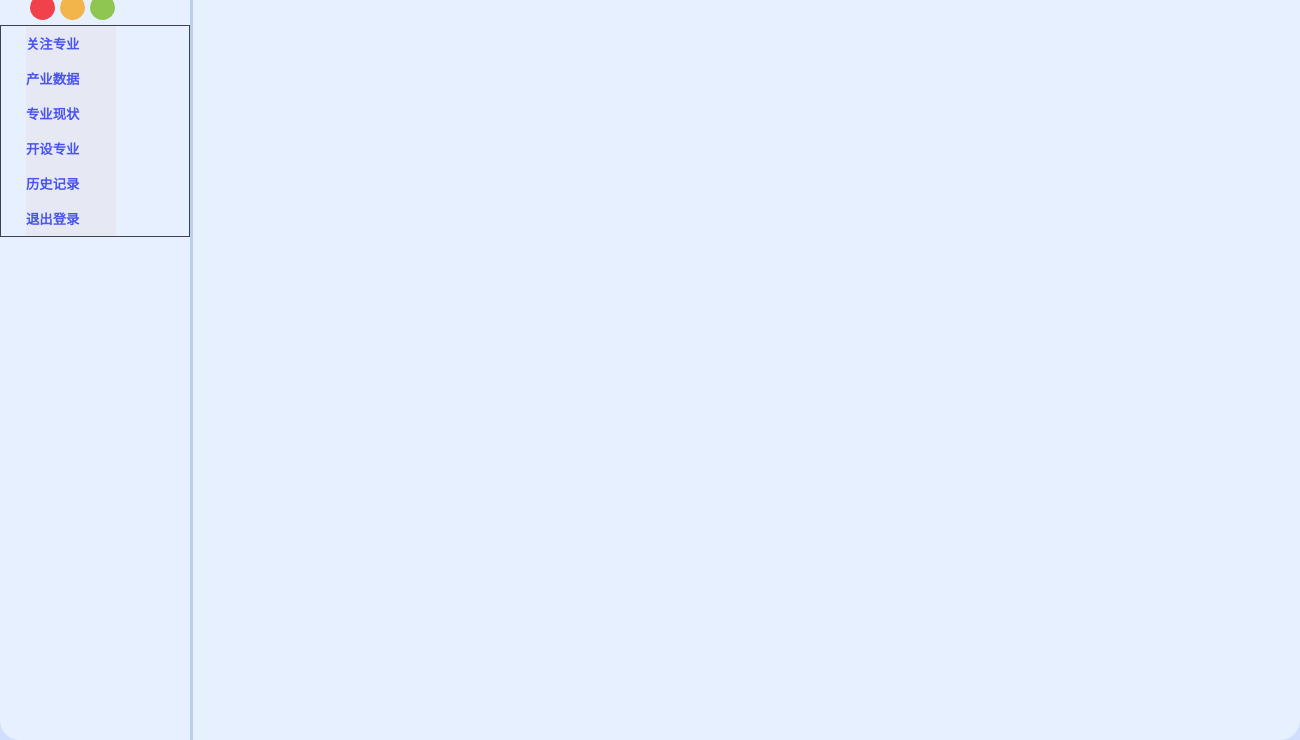
Repository: akaCSDN/test
Page: 2.1主页.html
An editor plug-in stored every save of this project. The page is shown before and after a run of saves, followed by the edit.
The browser window is 1280 px wide. The page is 1300 px wide, so the pictures cover 1300 px, including what lies to the right of the window. The pictures show the whole page.

Above is the page before, as saved 2022-12-02 14:08:56.

### 2.1主页.html
<!DOCTYPE html>
<html lang="en">
<head>
    <meta charset="UTF-8">
    <meta http-equiv="X-UA-Compatible" content="IE=edge">
    <meta name="viewport" content="width=device-width, initial-scale=1.0">
    <title>Document</title>
    <style type="text/css">
        *{
            margin: 0;
            padding: 0;
            border: 0;
        }
        .main{
            width: 1300px;
            height: 760px;
            /* border: 1px solid black; */
            border-radius: 20px;
            background-color: aliceblue;
            opacity: 0.7;
            position: absolute;
            top: 0;
            right: 0;
            bottom: 0;
            left: 0;
            margin: auto;

        }
        .left{
            width: 190px;
            height: 760px;
            border-radius: 20px 0px 0px 20px;
            border-right: 3px solid rgba(146, 169, 213, 0.622);
            /* border: 1px solid black; */
            position: absolute;
        }
        .circle-point{
            width: 100px;
            height: 30px;
            /* border: 1px solid black; */
            margin-left: 25px;
            margin-top: 15px;
        }
        .circle-point div{
            width: 25px;
            height: 25px;
            border-radius: 100% 100% 100% 100%;
            float: left;
            opacity: 1;
            /* position: absolute; */
            margin-left: 5px;

        }
        .button{
            width: auto;
            height: auto;
            border: 1px solid black;
        }
        .button ul{
            list-style-type: none;
        }
        .button button{
            width: 90px;
            height: 35px;
            text-align: left;
            margin-left: 25px;
            color: rgb(16, 24, 237);
            font-weight: 600;
        }
    </style>
</head>
<body style="background-color: rgb(209, 222, 254);">
    <div class="main">
        <div class="left">
            <div class="circle-point">
                <div style="background-color: red;"></div>
                <div style="background-color: orange;"></div>
                <div style="background-color:rgb(116, 189, 7);"></div>
            </div>
            <div class="button">

                    <button>关注专业</button>
                    <br>
                    <button>产业数据</button>
                    <br>
                    <button>专业现状</button>
                    <br>
                    <button>开设专业</button>
                    <br>
                    <button>历史记录</button>
                    <br>
                    <button>退出登录</button>

            </div>



        </div>

    </div>
</body>
</html>

After the next 4 saves:
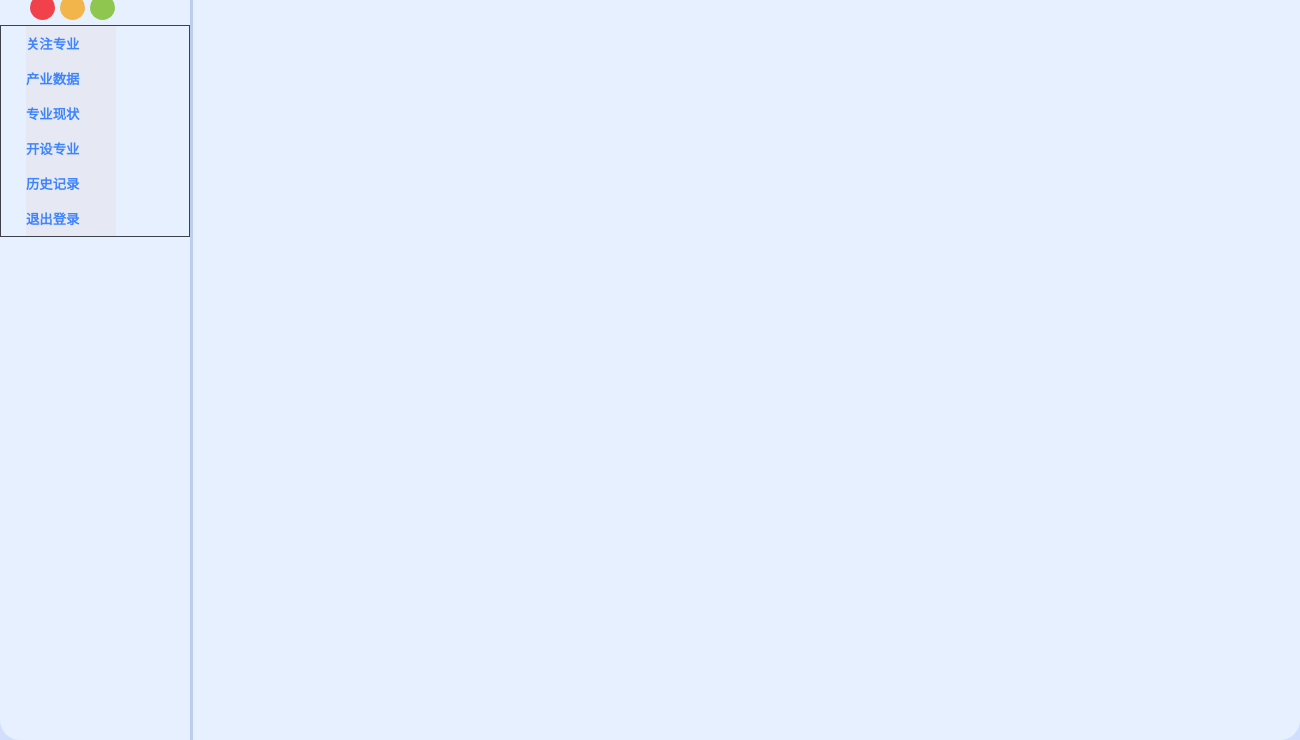
The 4 saves are shown as one change because they came seconds apart.
The last was saved 15 s later.
--- a/2.1主页.html
+++ b/2.1主页.html
@@ -64,7 +64,7 @@
             height: 35px;
             text-align: left;
             margin-left: 25px;
-            color: rgb(16, 24, 237);
+            color: rgb(0, 94, 255);
             font-weight: 600;
         }
     </style>
